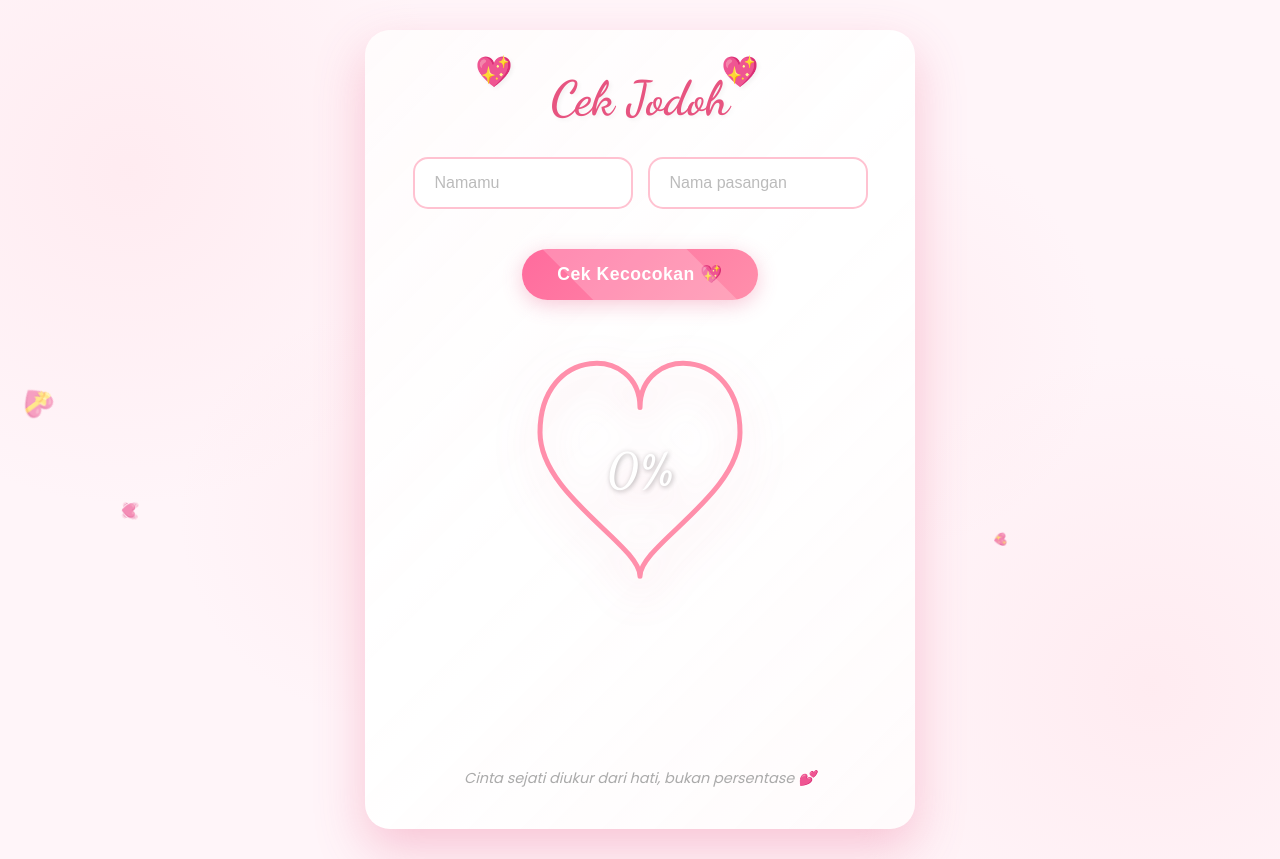
Repository: zhr-nabila/cek-jodoh
Page: cek.html
These files come from the project's save history. The page is drawn as it stood at one moment and after the next save; the edit follows.
The browser window is 1280 px wide. The pictures show the whole page.

Above is the page before, as saved 2025-06-10 00:39:18.

### cek.html
<!DOCTYPE html>
<html lang="id">
  <head>
    <meta charset="UTF-8" />
    <meta name="viewport" content="width=device-width, initial-scale=1.0" />
    <title>Cek Kecocokan Pasangan</title>
    <link
      rel="stylesheet"
      href="https://cdnjs.cloudflare.com/ajax/libs/animate.css/4.1.1/animate.min.css"
    />
    <style>
      @import url("https://fonts.googleapis.com/css2?family=Dancing+Script:wght@700&family=Poppins:wght@300;400;500;600&display=swap");

      :root {
        --pink-dark: #e75480;
        --pink-medium: #ff6b9d;
        --pink-light: #ff8fab;
        --pink-soft: #ffc2d1;
        --pink-pale: #fff5f9;
        --shadow-pink: rgba(231, 84, 128, 0.3);
      }

      * {
        box-sizing: border-box;
        margin: 0;
        padding: 0;
      }

      /* Ini biar scrollbar enggak keliatan */
      ::-webkit-scrollbar {
        width: 0;
        background: transparent;
      }

      body {
        background-color: var(--pink-pale);
        font-family: "Poppins", sans-serif;
        text-align: center;
        padding: 30px 0;
        margin: 0;
        min-height: 100vh;
        display: flex;
        justify-content: center;
        align-items: center;
        background-image: radial-gradient(
            circle at 10% 20%,
            rgba(255, 182, 193, 0.15) 0%,
            transparent 25%
          ),
          radial-gradient(
            circle at 90% 80%,
            rgba(255, 182, 193, 0.15) 0%,
            transparent 25%
          ),
          radial-gradient(
            circle at 30% 60%,
            rgba(255, 182, 193, 0.1) 0%,
            transparent 20%
          ),
          radial-gradient(
            circle at 70% 40%,
            rgba(255, 182, 193, 0.1) 0%,
            transparent 20%
          );
        overflow-x: hidden;
        -ms-overflow-style: none; /* IE dan Edge */
        scrollbar-width: none; /* Firefox */
      }

      .container {
        background: white;
        border-radius: 25px;
        padding: 40px;
        box-shadow: 0 20px 50px var(--shadow-pink);
        width: 95%;
        max-width: 550px;
        position: relative;
        overflow: hidden;
        transition: transform 0.3s ease;
        z-index: 1;
      }

      .container::before {
        content: "";
        position: absolute;
        top: -10px;
        left: -10px;
        right: -10px;
        bottom: -10px;
        background: linear-gradient(
          135deg,
          rgba(255, 192, 203, 0.1) 0%,
          rgba(255, 255, 255, 0) 50%,
          rgba(255, 192, 203, 0.1) 100%
        );
        border-radius: 30px;
        z-index: -1;
        animation: shine 8s infinite;
      }

      @keyframes shine {
        0%,
        100% {
          opacity: 0.3;
        }
        50% {
          opacity: 0.8;
        }
      }

      h1 {
        color: var(--pink-dark);
        font-size: 3rem;
        margin-bottom: 30px;
        font-family: "Dancing Script", cursive;
        text-shadow: 2px 2px 4px rgba(0, 0, 0, 0.05);
        position: relative;
        animation: fadeInDown 1s ease;
      }

      h1::after,
      h1::before {
        content: "💖";
        position: absolute;
        font-size: 1.8rem;
        animation: heartbeat 1.5s infinite;
      }

      h1::after {
        top: -15px;
        right: 25%;
      }

      h1::before {
        top: -15px;
        left: 15%;
      }

      .input-group {
        display: flex;
        gap: 15px;
        margin-bottom: 25px;
        justify-content: center;
        animation: fadeIn 1s ease 0.2s both;
      }

      input {
        padding: 15px 20px;
        font-size: 1rem;
        border-radius: 15px;
        border: 2px solid var(--pink-soft);
        width: 100%;
        max-width: 220px;
        transition: all 0.3s;
        background-color: rgba(255, 255, 255, 0.9);
        color: #555;
        font-weight: 500;
      }

      input::placeholder {
        color: #bbb;
        font-weight: 400;
      }

      input:focus {
        outline: none;
        border-color: var(--pink-medium);
        box-shadow: 0 0 0 4px rgba(255, 107, 157, 0.2);
        transform: translateY(-2px);
      }

      button {
        padding: 15px 35px;
        background: linear-gradient(
          135deg,
          var(--pink-medium) 0%,
          var(--pink-light) 100%
        );
        border: none;
        border-radius: 50px;
        color: white;
        font-size: 1.1rem;
        font-weight: 600;
        cursor: pointer;
        transition: all 0.3s;
        box-shadow: 0 5px 20px var(--shadow-pink);
        margin: 15px 0 25px;
        position: relative;
        overflow: hidden;
        animation: fadeIn 1s ease 0.4s both;
        letter-spacing: 0.5px;
      }

      button:hover {
        transform: translateY(-5px);
        box-shadow: 0 10px 25px rgba(231, 84, 128, 0.5);
        background: linear-gradient(
          135deg,
          var(--pink-dark) 0%,
          var(--pink-medium) 100%
        );
      }

      button:active {
        transform: translateY(1px);
      }

      button::after {
        content: "";
        position: absolute;
        top: -50%;
        left: -50%;
        width: 200%;
        height: 200%;
        background: rgba(255, 255, 255, 0.2);
        transform: rotate(45deg);
        transition: all 0.7s;
      }

      button:hover::after {
        left: 100%;
      }

      .love-meter-container {
        perspective: 1000px;
        margin: 30px auto;
        animation: fadeIn 1s ease 0.6s both;
      }

      .love-meter {
        position: relative;
        width: 250px;
        height: 230px;
        margin: 0 auto;
        filter: drop-shadow(0 15px 20px rgba(231, 84, 128, 0.25));
        transform-style: preserve-3d;
        transition: transform 0.5s ease;
      }

      .love-meter:hover {
        transform: rotateY(10deg) rotateX(5deg);
      }

      .heart-svg {
        width: 100%;
        height: 100%;
      }

      .love-fill {
        fill: url(#gradientFill);
        transition: y 1.5s cubic-bezier(0.68, -0.55, 0.27, 1.55),
          height 1.5s cubic-bezier(0.68, -0.55, 0.27, 1.55);
      }

      .percentage {
        position: absolute;
        top: 50%;
        left: 50%;
        transform: translate(-50%, -50%);
        font-size: 3rem;
        font-weight: bold;
        color: white;
        text-shadow: 1px 1px 5px rgba(0, 0, 0, 0.3);
        font-family: "Dancing Script", cursive;
        transition: all 0.3s;
      }

      .message {
        font-size: 1.3rem;
        margin: 20px 0;
        color: var(--pink-dark);
        min-height: 60px;
        padding: 0 20px;
        line-height: 1.5;
        opacity: 0;
        transform: translateY(10px);
        transition: all 0.5s ease-out 0.5s;
        font-weight: 500;
      }

      .message.show {
        opacity: 1;
        transform: translateY(0);
      }

      .couple-names {
        display: flex;
        justify-content: center;
        align-items: center;
        gap: 15px;
        font-size: 1.5rem;
        color: var(--pink-dark);
        font-weight: 600;
        margin-bottom: 15px;
        opacity: 0;
        transform: scale(0.9);
        transition: all 0.5s ease-out 0.3s;
      }

      .couple-names.show {
        opacity: 1;
        transform: scale(1);
      }

      .heart-icon {
        color: var(--pink-medium);
        font-size: 1.8rem;
        animation: heartbeat 1.5s infinite;
        display: inline-block;
        transform-origin: center;
      }

      @keyframes heartbeat {
        0% {
          transform: scale(1);
        }
        25% {
          transform: scale(1.1);
        }
        50% {
          transform: scale(1);
        }
        75% {
          transform: scale(1.1);
        }
        100% {
          transform: scale(1);
        }
      }

      .floating-hearts {
        position: fixed;
        width: 100%;
        height: 100%;
        top: 0;
        left: 0;
        pointer-events: none;
        z-index: -1;
        overflow: hidden;
      }

      .floating-heart {
        position: absolute;
        font-size: 1rem;
        color: var(--pink-light);
        opacity: 0;
        animation: float-up 4s linear forwards;
        z-index: -1;
      }

      @keyframes float-up {
        0% {
          transform: translateY(100vh) rotate(0deg) scale(0.5);
          opacity: 0;
        }
        10% {
          opacity: 0.8;
        }
        100% {
          transform: translateY(-20vh) rotate(360deg) scale(1.2);
          opacity: 0;
        }
      }

      .sparkle {
        position: absolute;
        width: 5px;
        height: 5px;
        background-color: #fff;
        border-radius: 50%;
        pointer-events: none;
        opacity: 0;
        animation: sparkle 1s forwards;
      }

      @keyframes sparkle {
        0% {
          transform: scale(0);
          opacity: 0;
        }
        50% {
          opacity: 0.8;
        }
        100% {
          transform: scale(2);
          opacity: 0;
        }
      }

      .ripple {
        position: absolute;
        border-radius: 50%;
        background-color: rgba(255, 255, 255, 0.6);
        transform: scale(0);
        pointer-events: none;
        animation: ripple 1s ease-out;
      }

      @keyframes ripple {
        to {
          transform: scale(4);
          opacity: 0;
        }
      }

      .confetti {
        position: absolute;
        width: 10px;
        height: 10px;
        background-color: var(--pink-light);
        opacity: 0;
        animation: confetti-fall 3s linear forwards;
      }

      @keyframes confetti-fall {
        0% {
          transform: translateY(-100vh) rotate(0deg);
          opacity: 1;
        }
        100% {
          transform: translateY(100vh) rotate(360deg);
          opacity: 0;
        }
      }

      .footer-note {
        margin-top: 30px;
        font-size: 0.9rem;
        color: #aaa;
        font-style: italic;
        animation: fadeIn 1s ease 0.8s both;
      }

      @media (max-width: 600px) {
        .container {
          padding: 30px 20px;
          width: 95%;
        }

        h1 {
          font-size: 2.5rem;
        }

        h1::after,
        h1::before {
          font-size: 1.5rem;
        }

        .input-group {
          flex-direction: column;
          align-items: center;
          gap: 15px;
        }

        input {
          max-width: 100%;
          padding: 12px 15px;
        }

        .love-meter {
          width: 200px;
          height: 180px;
        }

        .percentage {
          font-size: 2.5rem;
        }

        button {
          padding: 12px 25px;
          font-size: 1rem;
        }

        .couple-names {
          font-size: 1.3rem;
        }

        .message {
          font-size: 1.1rem;
        }
      }

      /* Animations */
      @keyframes fadeIn {
        from {
          opacity: 0;
        }
        to {
          opacity: 1;
        }
      }

      @keyframes fadeInDown {
        from {
          opacity: 0;
          transform: translateY(-20px);
        }
        to {
          opacity: 1;
          transform: translateY(0);
        }
      }

      @keyframes bounceIn {
        from {
          opacity: 0;
          transform: scale(0.5);
        }
        to {
          opacity: 1;
          transform: scale(1);
        }
      }
    </style>
  </head>
  <body>
    <div class="container">
      <h1 class="animate__animated animate__fadeInDown">Cek Jodoh</h1>

      <div class="input-group">
        <input
          type="text"
          id="name1"
          placeholder="Namamu"
          class="animate__animated animate__fadeIn"
        />
        <input
          type="text"
          id="name2"
          placeholder="Nama pasangan"
          class="animate__animated animate__fadeIn"
        />
      </div>

      <button onclick="hitung()" class="animate__animated animate__fadeIn">
        Cek Kecocokan 💖
      </button>

      <div class="love-meter-container">
        <div class="love-meter">
          <svg viewBox="0 0 200 180" class="heart-svg">
            <defs>
              <clipPath id="heartClip">
                <path
                  d="M100 40
                   C100 -10, 180 -10, 180 60
                   C180 110, 100 150, 100 175
                   C100 150, 20 110, 20 60
                   C20 -10, 100 -10, 100 40Z"
                />
              </clipPath>
              <linearGradient id="gradientFill" x1="0" y1="1" x2="0" y2="0">
                <stop offset="0%" stop-color="#e75480" />
                <stop offset="50%" stop-color="#ff6b9d" />
                <stop offset="100%" stop-color="#ff8fab" />
              </linearGradient>
            </defs>
            <rect
              class="love-fill"
              x="0"
              y="180"
              width="200"
              height="0"
              clip-path="url(#heartClip)"
            />
            <path
              d="M100 40
               C100 -10, 180 -10, 180 60
               C180 110, 100 150, 100 175
               C100 150, 20 110, 20 60
               C20 -10, 100 -10, 100 40Z"
              fill="none"
              stroke="#ff8fab"
              stroke-width="4"
              stroke-linejoin="round"
            />
          </svg>
          <div class="percentage">0%</div>
        </div>
      </div>

      <div class="couple-names" id="couple-names">
        <span id="name1-output">Kamu</span>
        <span class="heart-icon">❤️</span>
        <span id="name2-output">Dia</span>
      </div>

      <div class="message" id="message"></div>

      <div class="footer-note">
        Cinta sejati diukur dari hati, bukan persentase 💕
      </div>
    </div>

    <div class="floating-hearts" id="floating-hearts"></div>

    <script>
      function hitungKecocokan(nama1, nama2) {
        let skor = 0;
        const gabungan = (nama1 + nama2).toLowerCase();

        // Hitung berdasarkan huruf
        for (let char of gabungan) {
          skor += char.charCodeAt(0);
        }

        // Tambah random biar seru
        const random = Math.floor(Math.random() * 11); // 0-10

        // Skor dasar antara 40-100 ditambah random
        return Math.min(40 + (skor % 61) + random, 100);
      }

      function dapatkanPesan(skor) {
        if (skor >= 95)
          return "Jodoh sejati! Kalian ditakdirkan bersama ✨💫";
        if (skor >= 90) return "Cinta abadi! Hubungan kalian kuat banget 💖";
        if (skor >= 80) return "Pasangan serasi! Kalian memang berjodoh 😍";
        if (skor >= 70) return "Chemistry-nya wow! Kalian saling melengkapi 🌟";
        if (skor >= 60) return "Potensi bagus! Rawat terus hubungan ini ❤️";
        if (skor >= 50) return "Koneksi oke! Bisa berkembang kalau dijaga 🌱";
        if (skor >= 40) return "Teman dulu aja! Siapa tahu nanti jadian 😊";
        return "Unik banget! Setiap kisah cinta itu spesial 💞";
      }

      function buatHati(jumlah = 5) {
        const container = document.getElementById("floating-hearts");
        const simbolHati = ["❤️", "💖", "💗", "💓", "💘", "💝"];

        for (let i = 0; i < jumlah; i++) {
          const hati = document.createElement("div");
          hati.classList.add("floating-heart");
          hati.innerHTML =
            simbolHati[Math.floor(Math.random() * simbolHati.length)];
          hati.style.left = Math.random() * 100 + "vw";
          hati.style.animationDuration = Math.random() * 3 + 3 + "s";
          hati.style.fontSize = Math.random() * 20 + 15 + "px";
          hati.style.animationDelay = Math.random() * 2 + "s";
          container.appendChild(hati);

          setTimeout(() => {
            hati.remove();
          }, 5000);
        }
      }

      function buatKilatan(x, y) {
        for (let i = 0; i < 10; i++) {
          const kilat = document.createElement("div");
          kilat.classList.add("sparkle");
          kilat.style.left = x + "px";
          kilat.style.top = y + "px";
          kilat.style.animationDelay = i * 0.1 + "s";
          document.body.appendChild(kilat);

          setTimeout(() => {
            kilat.remove();
          }, 1000);
        }
      }

      function buatRipple(x, y) {
        const ripple = document.createElement("div");
        ripple.classList.add("ripple");
        ripple.style.left = x + "px";
        ripple.style.top = y + "px";
        document.body.appendChild(ripple);

        setTimeout(() => {
          ripple.remove();
        }, 1000);
      }

      function buatKonfeti() {
        const warna = ["#ff6b9d", "#ff8fab", "#ffc2d1", "#e75480", "#ffb6c1"];
        const container = document.getElementById("floating-hearts");

        for (let i = 0; i < 50; i++) {
          const konfeti = document.createElement("div");
          konfeti.classList.add("confetti");
          konfeti.style.left = Math.random() * 100 + "vw";
          konfeti.style.backgroundColor =
            warna[Math.floor(Math.random() * warna.length)];
          konfeti.style.width = Math.random() * 10 + 5 + "px";
          konfeti.style.height = Math.random() * 10 + 5 + "px";
          konfeti.style.animationDuration = Math.random() * 2 + 2 + "s";
          container.appendChild(konfeti);

          setTimeout(() => {
            konfeti.remove();
          }, 3000);
        }
      }

      function animasiDetakHati() {
        const iconHati = document.querySelector(".heart-icon");
        iconHati.style.animation = "none";
        void iconHati.offsetWidth; // Trigger reflow
        iconHati.style.animation = "heartbeat 0.6s ease 3";
      }

      function hitung() {
        const nama1 = document.getElementById("name1").value.trim();
        const nama2 = document.getElementById("name2").value.trim();
        const isiHati = document.querySelector(".love-fill");
        const persentase = document.querySelector(".percentage");
        const pesan = document.getElementById("message");
        const nama1Output = document.getElementById("name1-output");
        const nama2Output = document.getElementById("name2-output");
        const pasangan = document.getElementById("couple-names");
        const container = document.querySelector(".container");

        if (!nama1 || !nama2) {
          alert("Isi dulu nama kalian berdua dong!");
          return;
        }

        // Animasi klik
        container.classList.add("animate__animated", "animate__pulse");
        setTimeout(() => {
          container.classList.remove("animate__animated", "animate__pulse");
        }, 1000);

        // Update nama
        nama1Output.textContent = nama1 || "Kamu";
        nama2Output.textContent = nama2 || "Dia";

        // Reset tampilan
        isiHati.setAttribute("y", 180);
        isiHati.setAttribute("height", 0);
        persentase.textContent = "0%";
        pesan.textContent = "";
        pesan.classList.remove("show");
        pasangan.classList.remove("show");

        // Hitung
        const persen = hitungKecocokan(nama1, nama2);
        const tinggiMaks = 180;
        const tinggiIsi = (persen / 100) * tinggiMaks;

        // Animasi setelah jeda
        setTimeout(() => {
          isiHati.setAttribute("y", tinggiMaks - tinggiIsi);
          isiHati.setAttribute("height", tinggiIsi);

          let sekarang = 0;
          const timer = setInterval(() => {
            sekarang++;
            persentase.textContent = sekarang + "%";

            // Animasi detak jantung di persentase tertentu
            if (sekarang === 50 || sekarang === 75 || sekarang === persen) {
              animasiDetakHati();
            }

            if (sekarang >= persen) {
              clearInterval(timer);
              pesan.textContent = dapatkanPesan(persen);
              pesan.classList.add("show");
              pasangan.classList.add("show");

              // Efek keren berdasarkan skor
              if (persen >= 80) {
                buatKonfeti();
                for (let i = 0; i < 20; i++) {
                  setTimeout(() => {
                    buatHati(5);
                  }, i * 100);
                }
              } else if (persen >= 60) {
                for (let i = 0; i < 15; i++) {
                  setTimeout(() => {
                    buatHati(3);
                  }, i * 150);
                }
              } else {
                for (let i = 0; i < 10; i++) {
                  setTimeout(() => {
                    buatHati(2);
                  }, i * 200);
                }
              }
            }
          }, 20);
        }, 100);
      }

      // Efek kilat saat input diklik
      document.querySelectorAll("input").forEach((input) => {
        input.addEventListener("focus", (e) => {
          const rect = e.target.getBoundingClientRect();
          buatKilatan(
            rect.left + rect.width / 2,
            rect.top + rect.height / 2
          );
        });
      });

      // Efek ripple saat tombol diklik
      document.querySelector("button").addEventListener("click", (e) => {
        const rect = e.target.getBoundingClientRect();
        buatRipple(rect.left + rect.width / 2, rect.top + rect.height / 2);
      });

      // Bisa pake Enter juga
      document.addEventListener("keypress", function (e) {
        if (e.key === "Enter") {
          hitung();
        }
      });

      // Hati-harti awal
      for (let i = 0; i < 8; i++) {
        setTimeout(() => {
          buatHati(1);
        }, i * 800);
      }
    </script>
  </body>
</html>

After the next save:
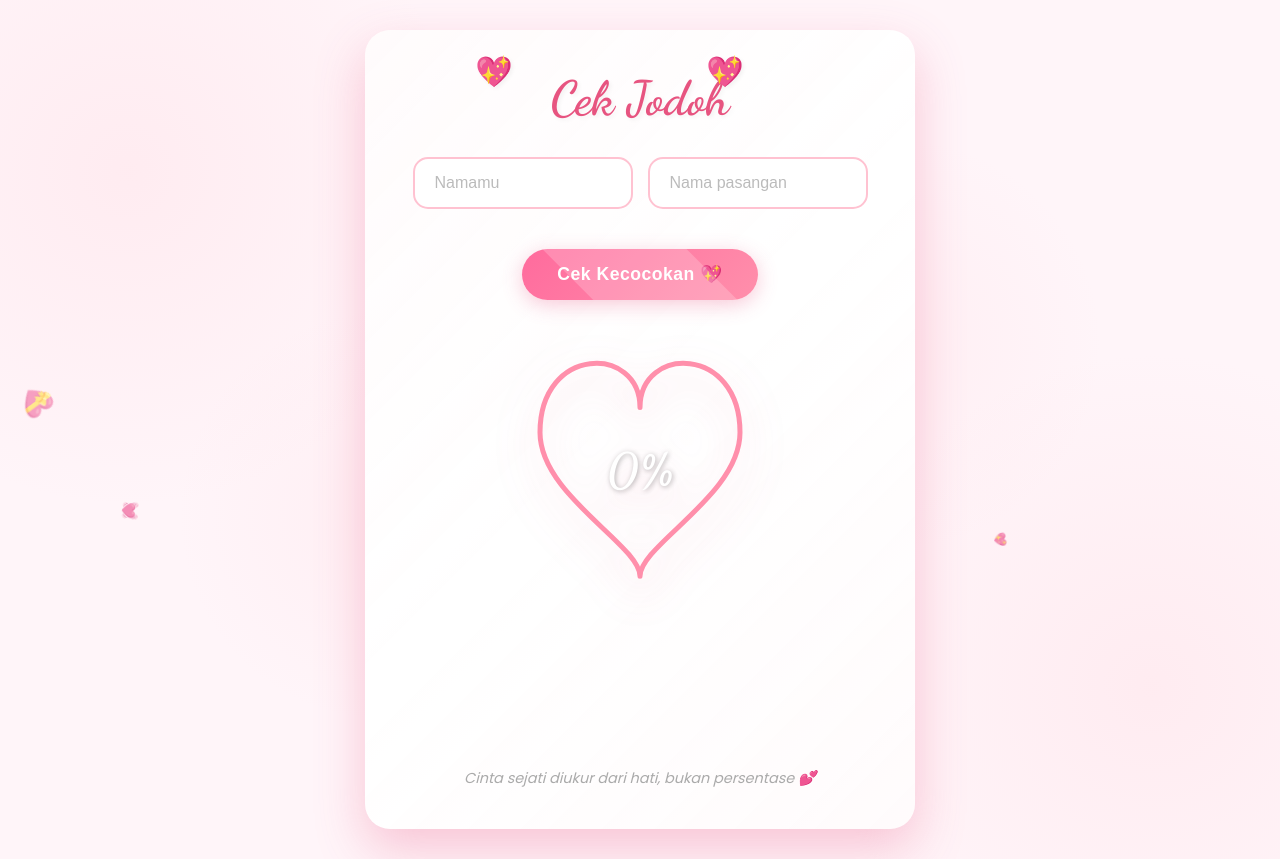
Saved 6 s later.
--- a/cek.html
+++ b/cek.html
@@ -128,7 +128,7 @@
 
       h1::after {
         top: -15px;
-        right: 25%;
+        right: 28%;
       }
 
       h1::before {
